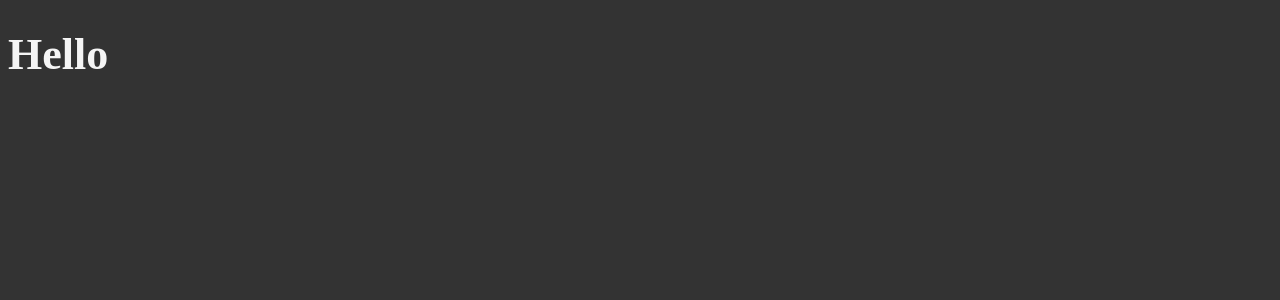
Repository: JavaProgrammerFromEastEurope/project-html-full-tutorial
Page: 04_lesson/index.html
An editor plug-in stored every save of this project. The page is shown before and after a run of saves, followed by the edit.
The browser window is 1280 px wide. The pictures show the whole page.

Above is the page before, as saved 2023-04-07 03:15:39.

After the next 4 saves:
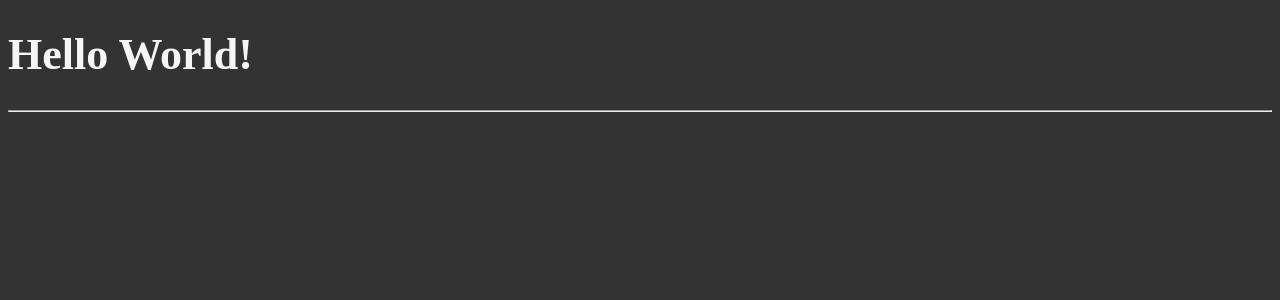
The 4 saves are shown as one change because they came seconds apart.
The last was saved 10 s later.
--- a/04_lesson/index.html
+++ b/04_lesson/index.html
@@ -11,6 +11,9 @@
 </head>
 
 <body>
-	<h1>Hello </h1>
+	<h1>Hello World!</h1>
+
+	<hr>
+
 </body>
 </html>
